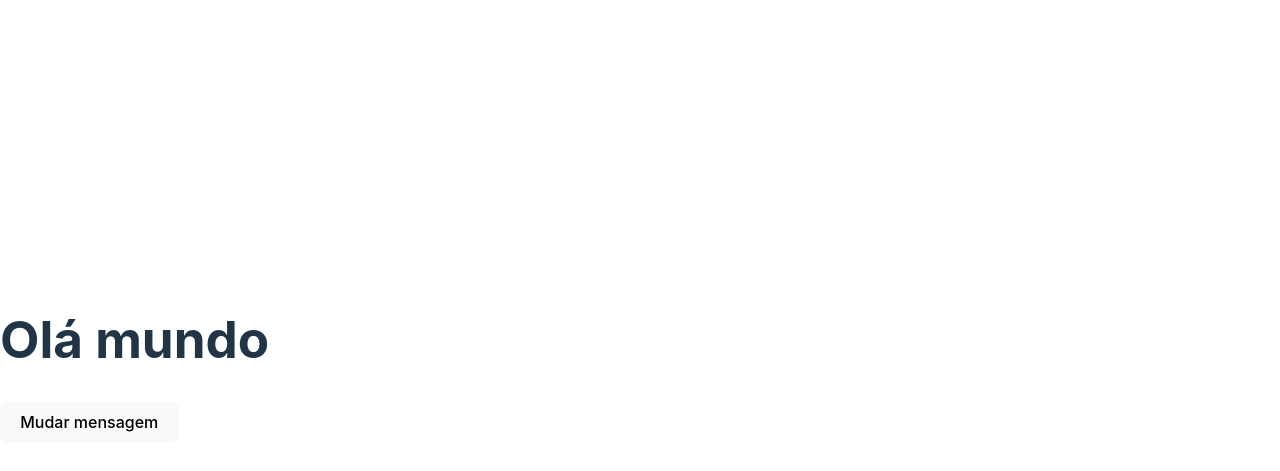
Repository: GustavoMSevero/curso-de-react
Page: /
These files come from the project's save history. The page is drawn as it stood at one moment and after the next save; the edit follows.
The browser window is 1280 px wide. The pictures show the whole page.
The project was rebuilt for these pictures with package versions that can differ from the ones it lists, and the page was loaded fresh each time. Also part of the build but not shown: vite.config.js.

Above is the page before, as saved 2025-02-20 17:00:04.

### src/App.jsx
import { useState } from "react";

export default function App() {
  const [message, setMessage] = useState("Olá mundo");

  return (
    <div>
      <h1>{message}</h1>
      <button
        onClick={() => {
          setMessage("Olá, fui clicado");
        }}
      >
        Mudar mensagem
      </button>
    </div>
  );
}

Loaded but not shown: index.html (common file); src/main.jsx (common file); src/index.css (common file)

After the next save:
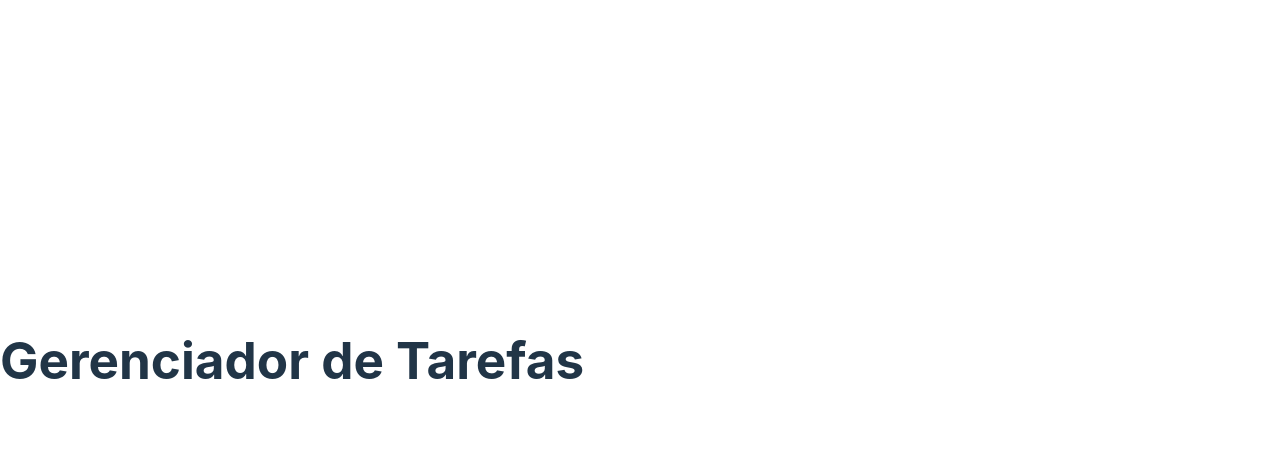
Saved 4 min 3 s later.
--- a/src/App.jsx
+++ b/src/App.jsx
@@ -1,18 +1,7 @@
-import { useState } from "react";
-
 export default function App() {
-  const [message, setMessage] = useState("Olá mundo");
-
   return (
     <div>
-      <h1>{message}</h1>
-      <button
-        onClick={() => {
-          setMessage("Olá, fui clicado");
-        }}
-      >
-        Mudar mensagem
-      </button>
+      <h1>Gerenciador de Tarefas</h1>
     </div>
   );
 }
